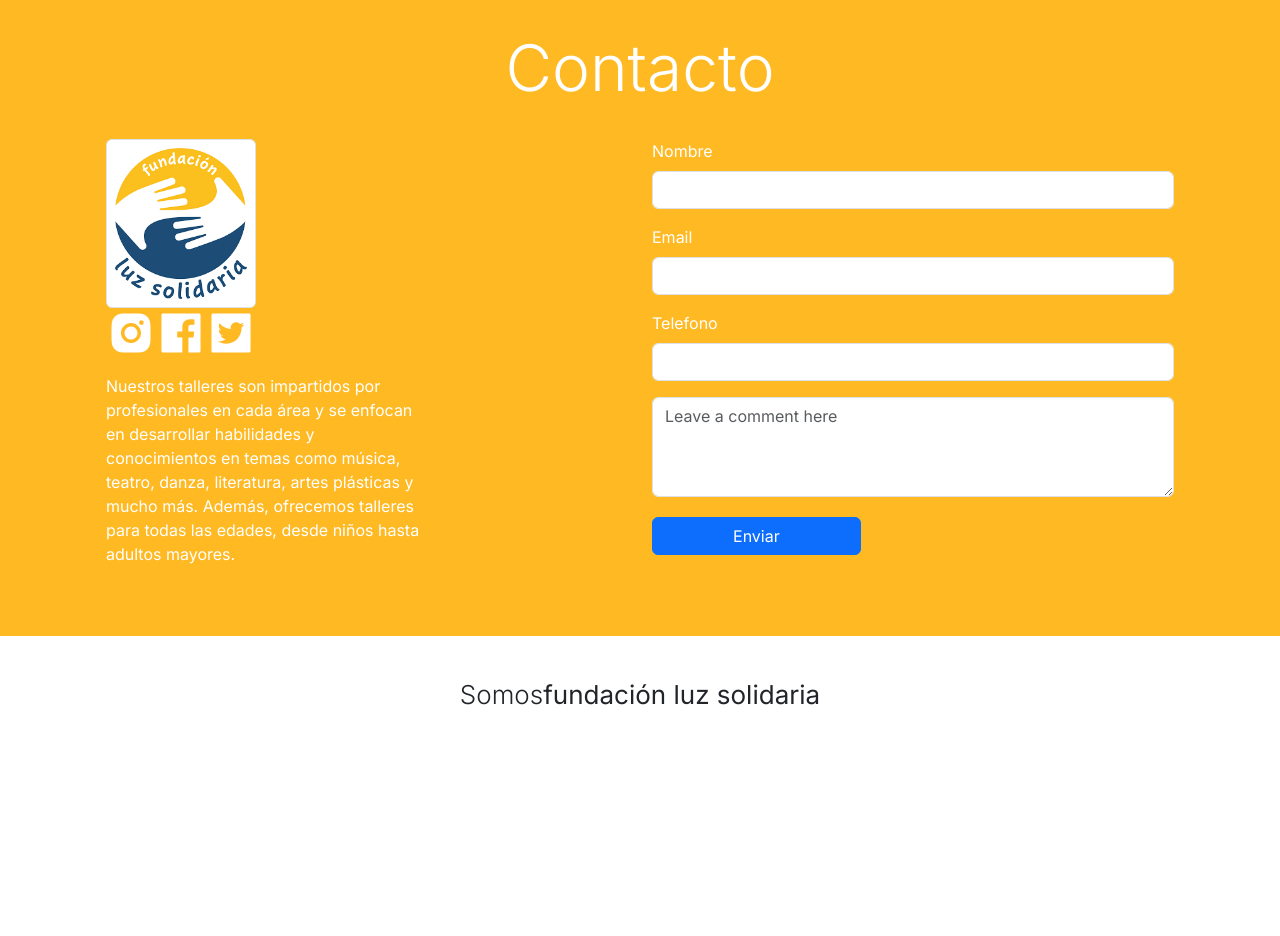
Repository: JtoralesK/dwf11
Page: /
These files come from the project's save history. The page is drawn as it stood at one moment and after the next save; the edit follows.
The browser window is 1280 px wide. The pictures show the whole page.
The project was rebuilt for these pictures with package versions that can differ from the ones it lists, and the page was loaded fresh each time. The framework's server and built-in components were replaced by stand-ins that run in the browser. Also part of the build but not shown: next.config.js.

Above is the page before, as saved 2023-05-31 18:29:38.

After the next save:
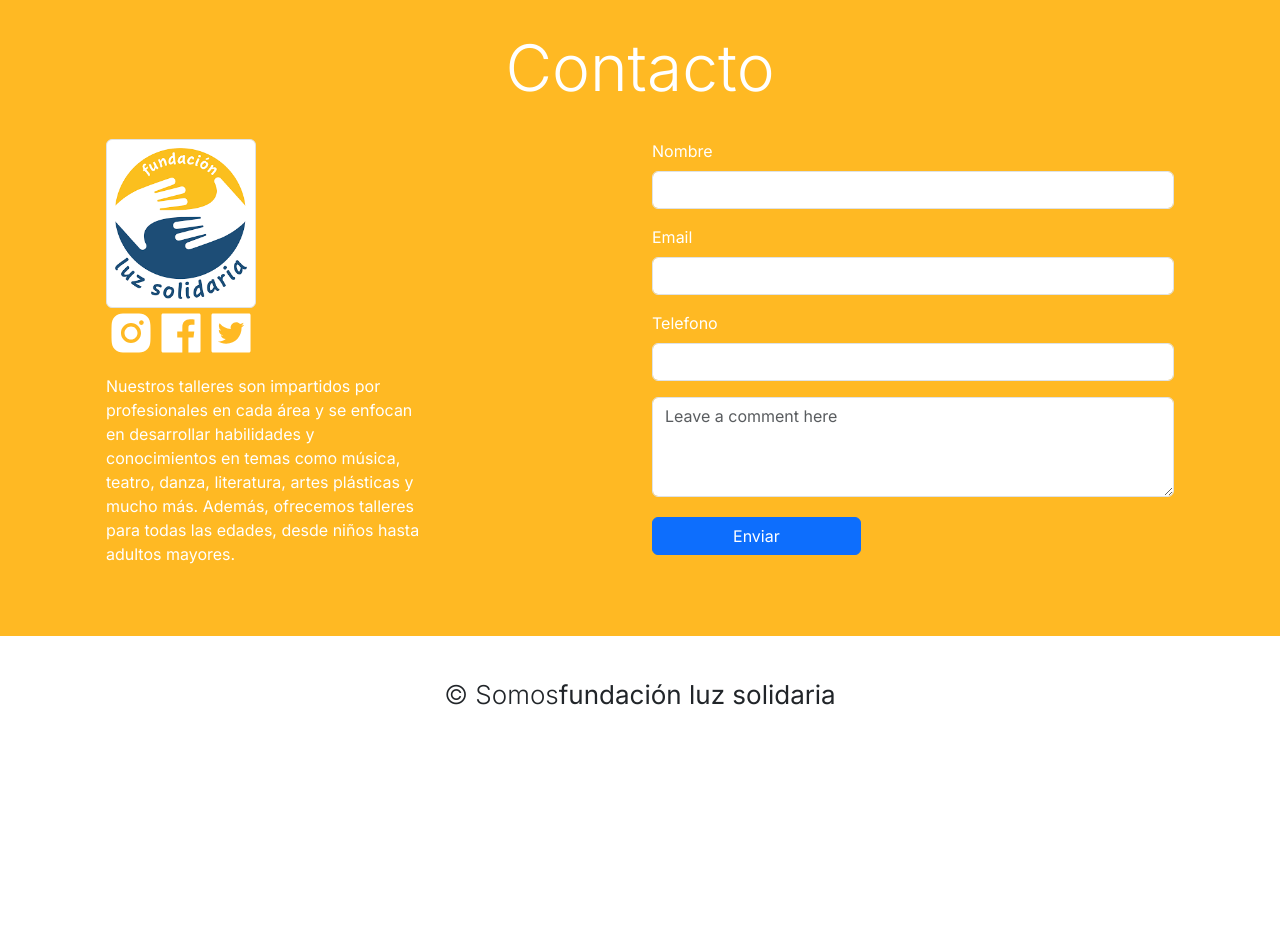
Saved 44 s later.
--- a/src/app/components/footer/index.tsx
+++ b/src/app/components/footer/index.tsx
@@ -11,7 +11,7 @@ export const Footer = () => {
             <a href="https:/www.github.com" className="link-redes_sociales" ><i className="fab fa-github-square github"></i></a>
         </div>
         <div className="footer-text">
-            <p className="title-copy">Somos<strong>fundación luz solidaria</strong></p>
+            <p className="title-copy">  &copy;  Somos<strong>fundación luz solidaria</strong></p>
         </div>
     </div>
   </footer>
